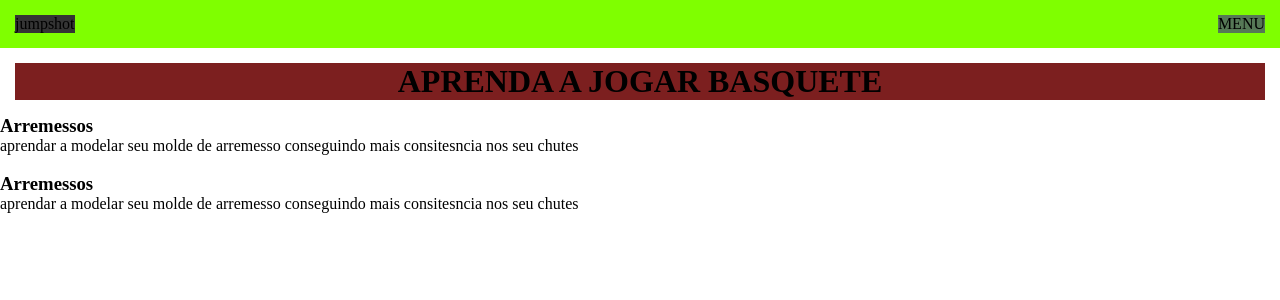
Repository: luisbisp/Jumpshot
Page: index.htm
The author's editor kept a copy of each file at every save. The page is drawn from the files as they stood at one save, then again after the next save.
The browser window is 1280 px wide. The pictures show the whole page.

Above is the page before, as saved 2021-07-07 11:36:03.

### index.htm
<!DOCTYPE html>
<html lang="en">

<head>
    <meta charset="UTF-8">
    <meta http-equiv="X-UA-Compatible" content="IE=edge">
    <meta name="viewport" content="width=device-width, initial-scale=1.0">
    <link rel="stylesheet" href="./styles/styles.css">
    <title>jumpshot</title>
</head>

<body>
    <div class="container">
        <div class="">
            <header>
                <div class="logo">jumpshot</div>
                <div class="menu">
                    MENU
                </div>
            </header>
            <div class="div-title">
                <h1> APRENDA A JOGAR BASQUETE</h1>
            </div>
        </div>
        <div class="content">
            <div class="words">
                <h3>Arremessos</h3>
                <p>aprendar a modelar seu molde de arremesso conseguindo mais consitesncia nos seu chutes</p>
            </div>
            <div class="image">
                <img src="" alt="">
            </div>
        </div>

        <div class="content">
            <div class="words">
                <h3>Arremessos</h3>
                <p>aprendar a modelar seu molde de arremesso conseguindo mais consitesncia nos seu chutes</p>
            </div>
            <div class="image">
                <img src="" alt="">
            </div>
        </div>

    </div>
</body>

</html>

### styles/styles.css
*{
    margin: 0;
    padding: 0;
}


 header{
        background-color: chartreuse;
       display: flex;
       justify-content: space-between;
}

.logo{
    background-color: #343434;
    margin: 15px;
}

.menu{
    background-color: #567856;
    margin: 15px;
}

.div-title{
    background-color: rgb(124, 31, 31);
    display: flex;
    justify-content: center;
    margin: 15px;
}

After the next save:
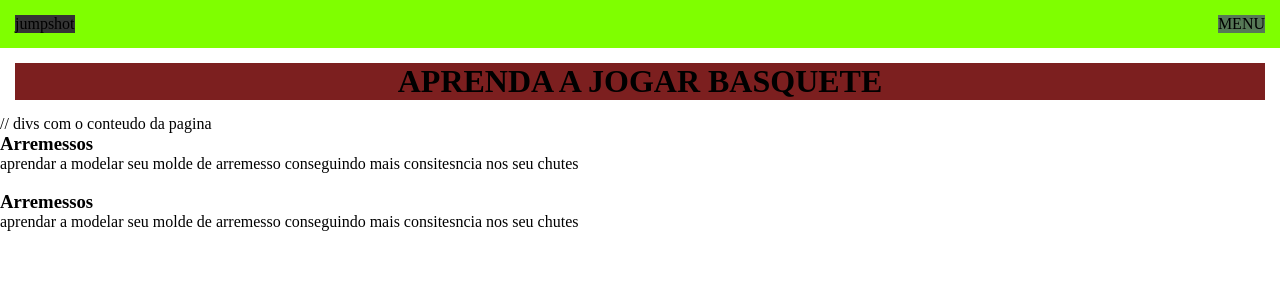
Saved 58 s later.
--- a/index.htm
+++ b/index.htm
@@ -22,6 +22,8 @@
                 <h1> APRENDA A JOGAR BASQUETE</h1>
             </div>
         </div>
+
+        // divs com o conteudo da pagina
         <div class="content">
             <div class="words">
                 <h3>Arremessos</h3>

After the save that followed:
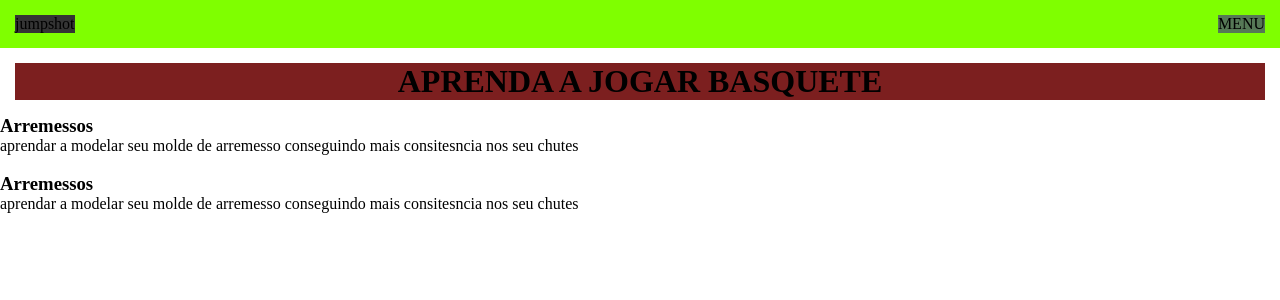
Saved 10 s later.
--- a/index.htm
+++ b/index.htm
@@ -23,7 +23,7 @@
             </div>
         </div>
 
-        // divs com o conteudo da pagina
+         <!-- divs com o conteudo da pagina -->
         <div class="content">
             <div class="words">
                 <h3>Arremessos</h3>
